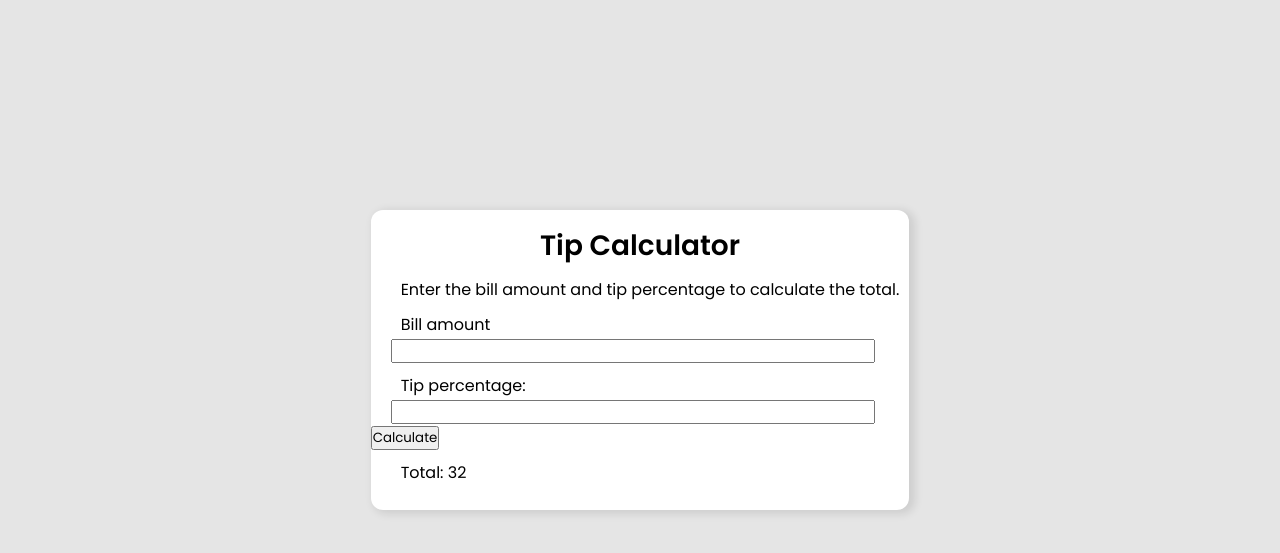
Repository: Ankitkr2021/Tip-Calculator
Page: index.html
The author's editor kept a copy of each file at every save. The page is drawn from the files as they stood at one save, then again after the next save.
The browser window is 1280 px wide. The pictures show the whole page.

Above is the page before, as saved 2025-10-27 10:53:57.

### index.html
<!DOCTYPE html>
<html lang="en">
<head>
    <meta charset="UTF-8">
    <meta name="viewport" content="width=device-width, initial-scale=1.0">
    <title>Tip Calculator</title>
    <link rel="stylesheet" href="./style.css">
</head>
<body>
    <div class="box">
        <h2>Tip Calculator</h2>
        <p>Enter the bill amount and tip percentage to calculate the total.</p>
        <p>Bill amount</p>
        <input type="number">
        <p>Tip percentage:</p>
        <input type="number">
        <button>Calculate</button>
        <p>Total: <span>32</span></p>
    </div>
</body>
</html>

### style.css
@import url('https://fonts.googleapis.com/css2?family=Poppins:wght@300;400;500;600;700&display=swap');

*{
    margin: 0;
    padding: 0;
    box-sizing: border-box;
    font-family: "Poppins",sans-serif;
}

body {
    height: 100vh;
    width: 100%;
    display: flex;
    align-items: center;
    justify-content: center;
    background: rgba(0,0,0,0.1);
}

.box {
    background: #fff;
    height: 300px;
    box-shadow: 4px 2px 8px 2px rgba(0,0,0,0.1);
    border-radius: 12px;
}

h2{
    text-align: center;
    padding: 15px 0 0 0;
    font-size: 28px;
    font-weight: 600;
}

p{
    padding: 10px 10px 0 10px ;
    margin-left: 20px;

}

input {
    width: 90%;
    margin-left: 20px;
}

After the next save:
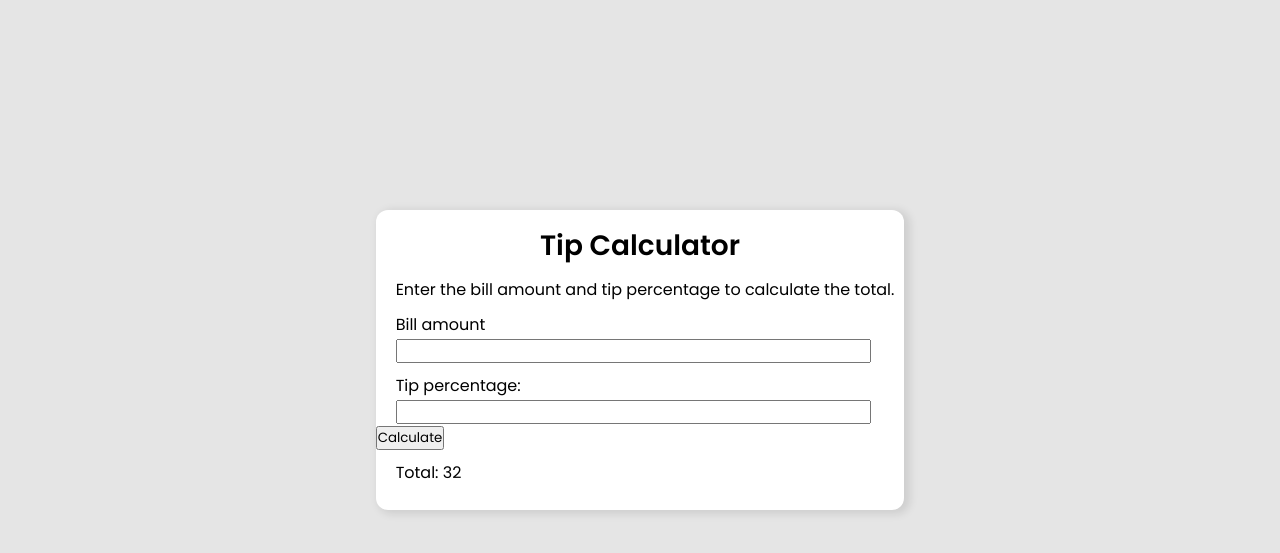
Saved 4 s later.
--- a/style.css
+++ b/style.css
@@ -32,7 +32,7 @@ h2{
 
 p{
     padding: 10px 10px 0 10px ;
-    margin-left: 20px;
+    margin-left: 10px;
 
 }
 
